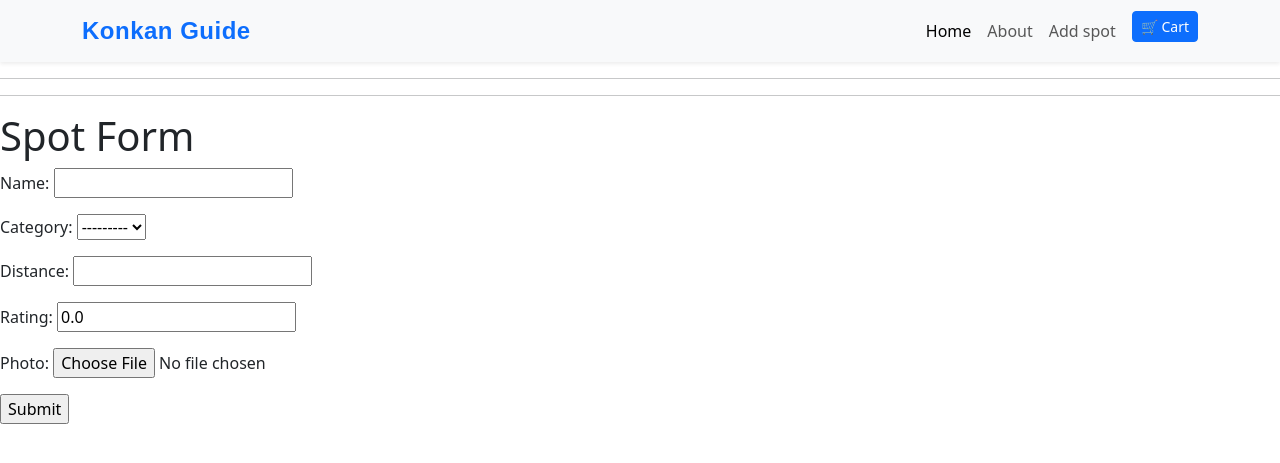
Repository: Indranil-sawant/konkan
Page: http://localhost/create-spot/
The author's editor kept a copy of each file at every save. The page is drawn from the files as they stood at one save, then again after the next save.
The browser window is 1280 px wide. The pictures show the whole page.
The page is served by the project's application, run on Django 5.2 (manage.py). Queries for data that is not in the repository find no rows.

Above is the page before, as saved 2025-11-14 23:25:46.

After the next save:
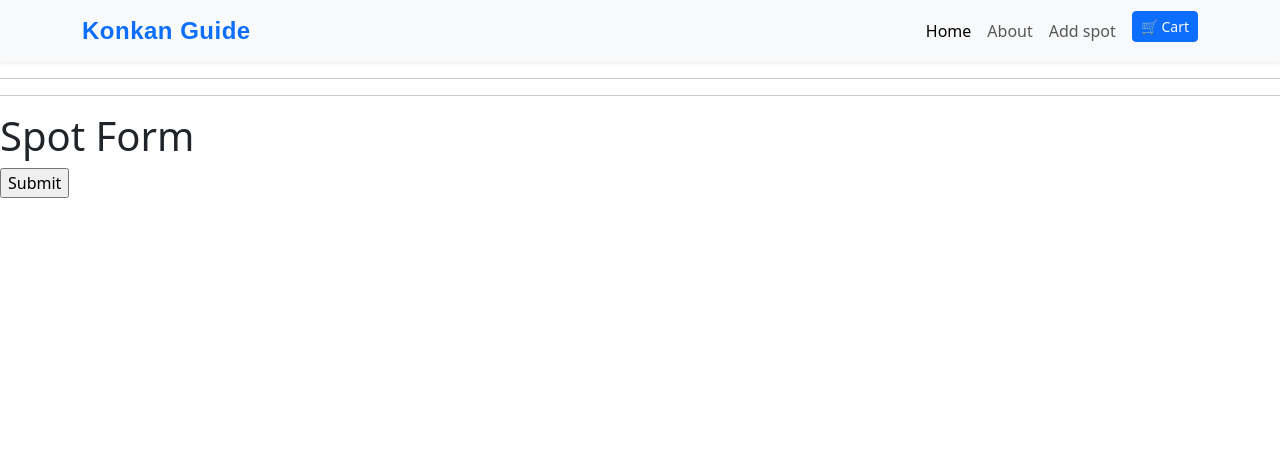
Saved 8 min 55 s later.
--- a/food/forms.py
+++ b/food/forms.py
@@ -5,4 +5,4 @@
 class SpotForm(ModelForm):
     class Meta:
         model = Spots
-        fields = "__all__"
+        fields = []

After the 6 saves that followed:
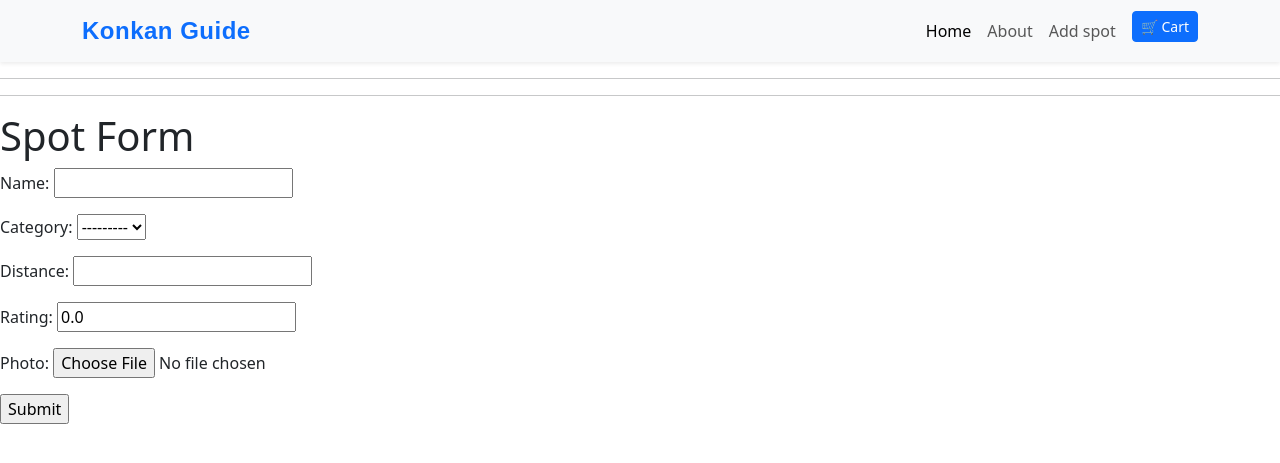
The 6 saves are shown as one change because 1 did not build or start and 3 left the picture as it was and some came seconds apart.
The last was saved 8 min 51 s later.
--- a/food/forms.py
+++ b/food/forms.py
@@ -5,4 +5,4 @@
 class SpotForm(ModelForm):
     class Meta:
         model = Spots
-        fields = []
+        fields = "__all__"
--- a/food/views.py
+++ b/food/views.py
@@ -1,5 +1,5 @@
 
-from django.shortcuts import render
+from django.shortcuts import render , redirect
 from django.http import HttpResponse
 from .data.spots import foods, spots
 
@@ -33,5 +33,6 @@ def create_spot(request):
         form = SpotForm(request.POST)
         if form.is_valid():
             form.save()
+        redirect('home')
     context = {'form': form}
     return render(request, 'food/spot_form.html', context)
